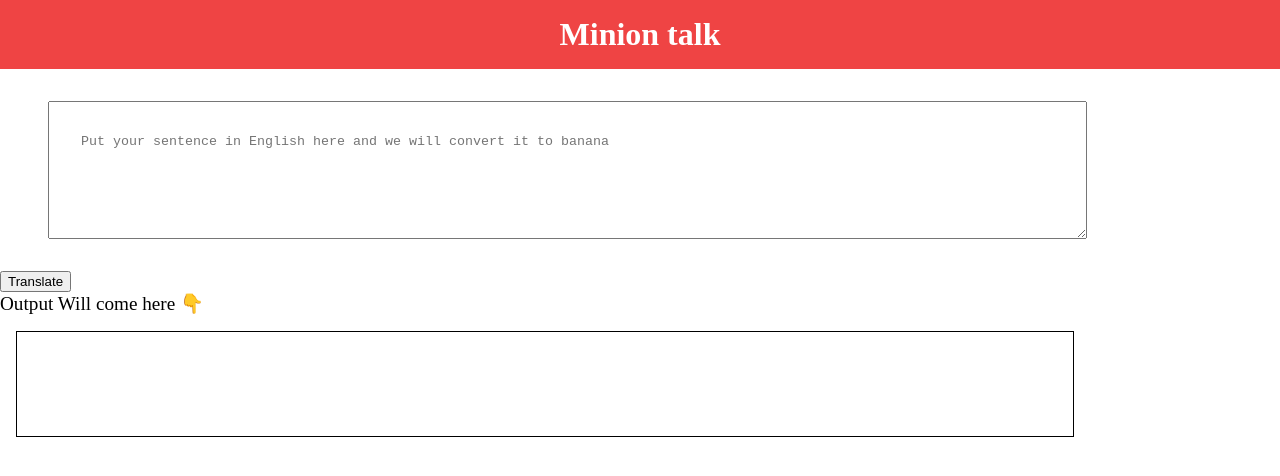
Repository: sohan2503001/Avator-speak
Page: index.html
An editor plug-in stored every save of this project. The page is shown before and after the next save, followed by the edit.
The browser window is 1280 px wide. The pictures show the whole page.

Above is the page before, as saved 2021-04-21 03:38:39.

After the next save:
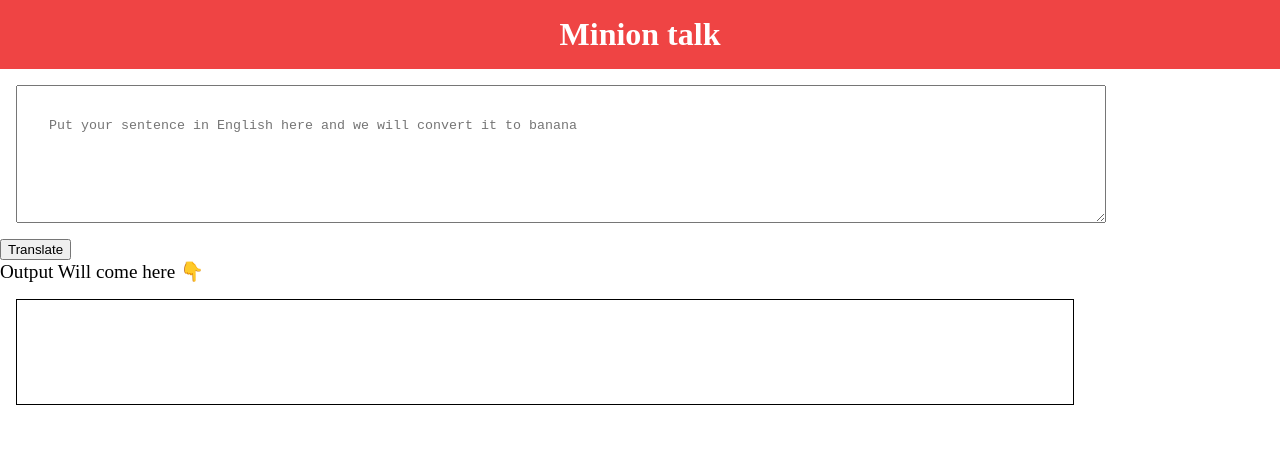
Saved 9 s later.
--- a/style.css
+++ b/style.css
@@ -26,7 +26,7 @@ textarea{
 }
 
 .text{
-    margin: 2rem;
+    margin: auto;
 
 }
 
